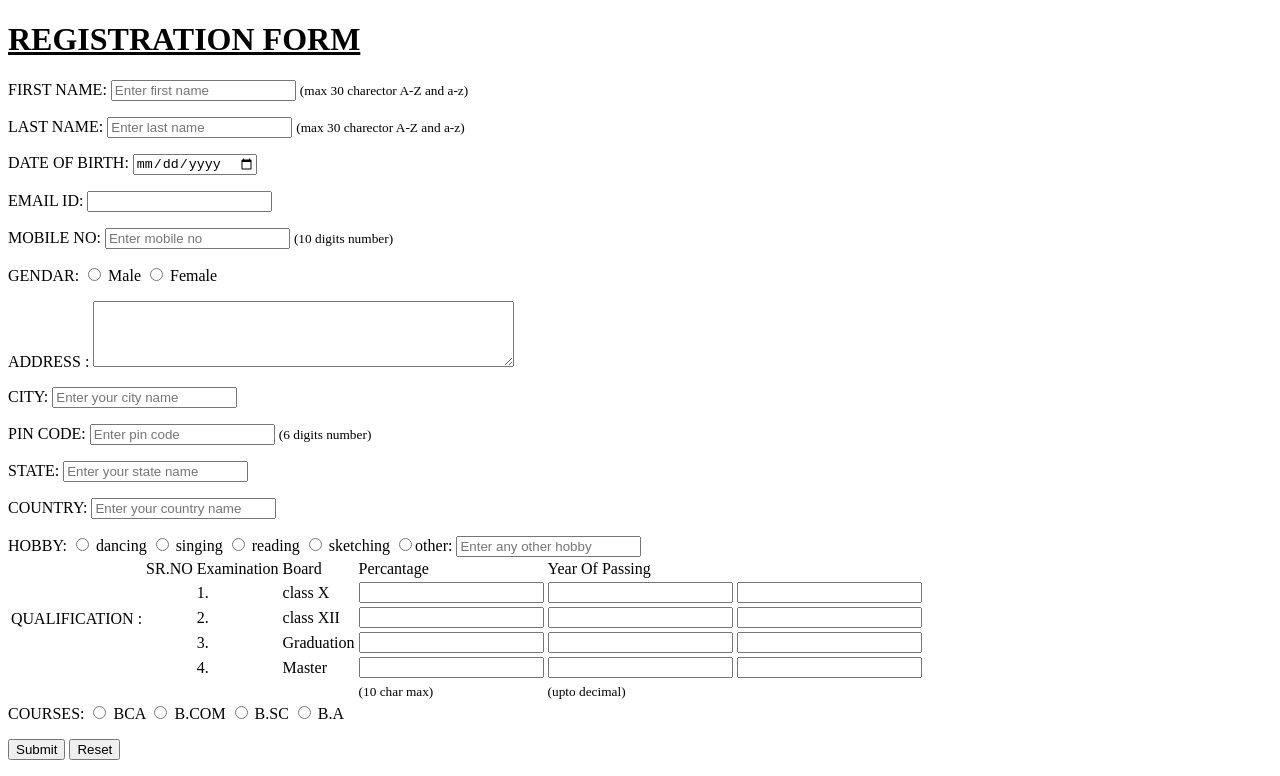
Repository: MintuKrishnan/subrahmanyam-batch
Page: front-end/html/form.html
The author's editor kept a copy of each file at every save. The page is drawn from the files as they stood at one save, then again after the next save.
The browser window is 1280 px wide. The pictures show the whole page.

Above is the page before, as saved 2021-02-26 14:53:26.

### front-end/html/form.html
<!DOCTYPE html>
<html lang="en">
<head>
    <meta charset="UTF-8">
    <meta http-equiv="X-UA-Compatible" content="IE=edge">
    <meta name="viewport" content="width=device-width, initial-scale=1.0">
    <title>student registration form</title>
</head>
<body>
    <h1>
        <u>REGISTRATION FORM</u>
    </h1>
    <form>
    <p>
        <label for="name">FIRST NAME:</label>
    <input type="text" placeholder="Enter first name" name="name" id="name" min="30" max="30">
    <small>(max 30 charector A-Z and a-z)</small>
    </p>

    <p>
        <label for="name">LAST NAME:</label>
        <input type="text" placeholder="Enter last name" name="name" id="name" min="30" max="30">
        <small>(max 30 charector A-Z and a-z)</small>
    </p>

    <p><label for="birthday">DATE OF BIRTH:</label>
        <input type="date" id="birthday" name="birthday"></p>

    <p><label for="email">EMAIL ID:</label>
        <input type="email" id="email" name="email"></p>

    <p><label for="phone">MOBILE NO:</label>
        <input type="tel" id="phone" name="phone" placeholder="Enter mobile no">
        <small>(10 digits number)</small></p>

        <label for="text">GENDAR:</label>
        <input type="radio" name="gender" value="male"> Male
        <input type="radio" name="gender" value="female"> Female

    <p><label for="address"> ADDRESS :</label>
        <textarea id="adress" name="address" rows="4" cols="50">
            </textarea></p>

    <p><label for="text"> CITY:</label>
        <input type="text" placeholder="Enter your city name" id="city" name="city"></p>

    <p><label for="number">PIN CODE:</label>
        <input type="number" placeholder="Enter pin code" id="pin code" name="pin code" >
        <small>(6 digits number)</small></p>

    <p><label for="text"> STATE:</label>
        <input type="text" placeholder="Enter your state name" id="city" name="city"></p>

    <p><label for="text"> COUNTRY:</label>
        <input type="text" placeholder="Enter your country name" id="city" name="city"></p>


        <label for="text">HOBBY:</label>
        <input type="radio" value="dancing"> dancing
        <input type="radio" value="singing"> singing
        <input type="radio" value="reading"> reading
        <input type="radio" value="sketching"> sketching
        <input type="radio"value='other'>other:
        <input type="text" placeholder="Enter any other hobby" name="fname">
        <br>



    <table>

            <tr>
                <td rowspan="5">QUALIFICATION :</td>
                <td>SR.NO</td>
                <td>Examination</td>
                <td>Board</td>
                <td>Percantage</td>
                <td>Year Of Passing</td>
            </tr>

        <tr>
            <td></td>
            <td>1.</td>
            <td>class X</td>
            <td><input type="text"></td>
            <td><input type="text"></td>
            <td><input type="text"></td>
        </tr>
        <tr>
            <td></td>
            <td>2.</td>
            <td>class XII</td>
            <td><input type="text"></td>
            <td><input type="text"></td>
            <td><input type="text"></td>
        </tr>
        <tr>
            <td></td>
            <td>3.</td>
            <td>Graduation</td>
            <td><input type="text"></td>
            <td><input type="text"></td>
            <td><input type="text"></td>
        </tr>
        <tr>
            <td></td>
            <td>4.</td>
            <td>Master</td>
            <td><input type="text"></td>
            <td><input type="text"></td>
            <td><input type="text"></td>
        </tr>
        <tr>
            <td></td>
            <td></td>
            <td></td>
            <td></td>
            <td><small>(10 char max)</small></td>
            <td><small>(upto decimal)</small></td>
        </tr>

    </table>


        <label for="text">COURSES:</label>
                <input type="radio" value="bca"> BCA
                <input type="radio" value="b.com"> B.COM
                <input type="radio" value="b.sc"> B.SC
                <input type="radio" value="b.a"> B.A



    <p>
        <input type="submit">
        <input type="reset">
    </p>
    </form>

</body>

</html>

After the next save:
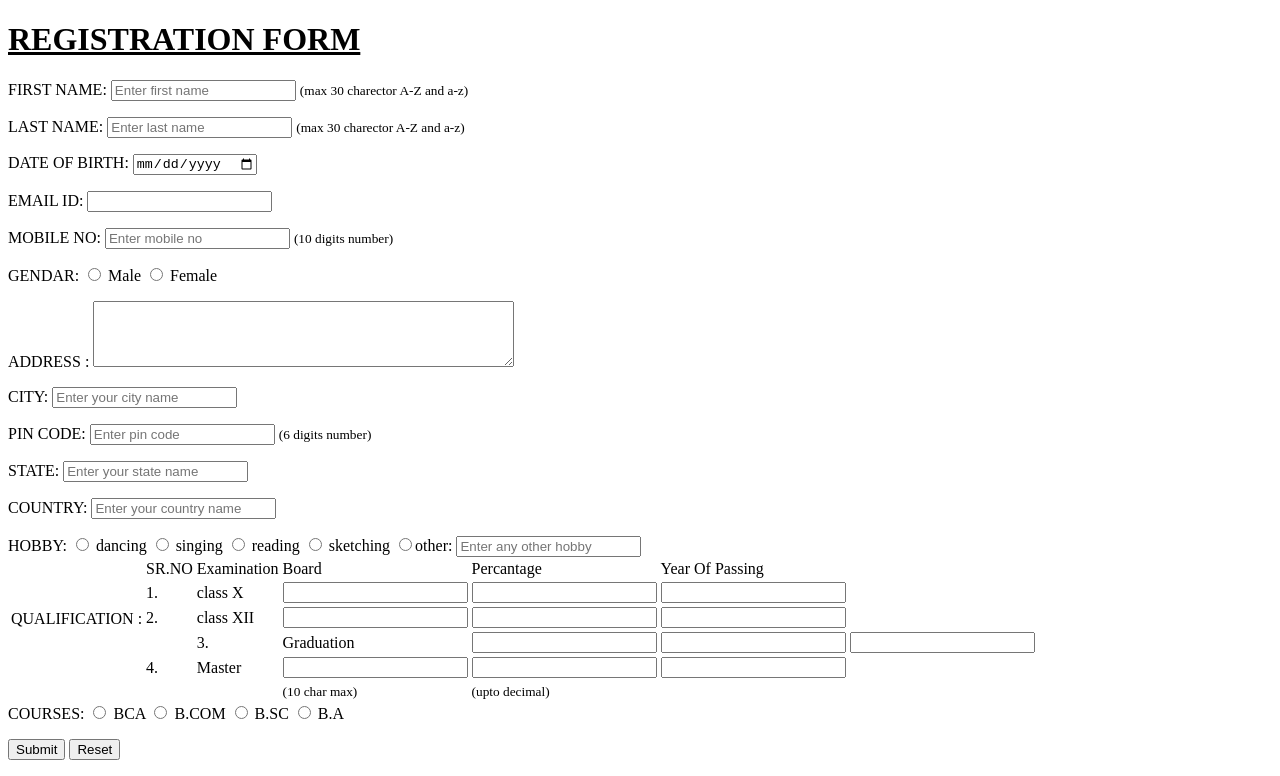
Saved 80 s later.
--- a/front-end/html/form.html
+++ b/front-end/html/form.html
@@ -68,17 +68,16 @@
 
     <table>
 
-            <tr>
-                <td rowspan="5">QUALIFICATION :</td>
-                <td>SR.NO</td>
-                <td>Examination</td>
-                <td>Board</td>
-                <td>Percantage</td>
-                <td>Year Of Passing</td>
-            </tr>
+        <tr>
+            <td rowspan="5">QUALIFICATION :</td>
+            <td>SR.NO</td>
+            <td>Examination</td>
+            <td>Board</td>
+            <td>Percantage</td>
+            <td>Year Of Passing</td>
+        </tr>
+        <tr>
 
-        <tr>
-            <td></td>
             <td>1.</td>
             <td>class X</td>
             <td><input type="text"></td>
@@ -86,7 +85,7 @@
             <td><input type="text"></td>
         </tr>
         <tr>
-            <td></td>
+
             <td>2.</td>
             <td>class XII</td>
             <td><input type="text"></td>
@@ -102,7 +101,7 @@
             <td><input type="text"></td>
         </tr>
         <tr>
-            <td></td>
+
             <td>4.</td>
             <td>Master</td>
             <td><input type="text"></td>
@@ -110,7 +109,7 @@
             <td><input type="text"></td>
         </tr>
         <tr>
-            <td></td>
+
             <td></td>
             <td></td>
             <td></td>
